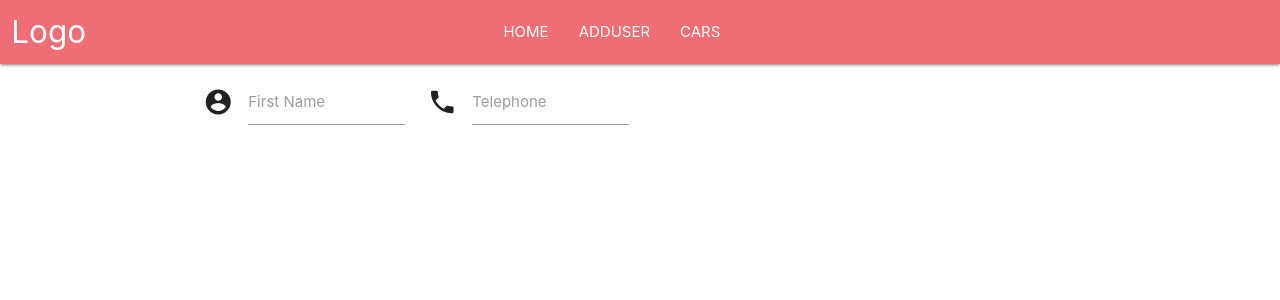
Repository: JenyaIII-sudo/Cars
Page: /Add
These files come from the project's save history. The page is drawn as it stood at one moment and after the next save; the edit follows.
The browser window is 1280 px wide. The pictures show the whole page.
The project was rebuilt for these pictures with package versions that can differ from the ones it lists, and the page was loaded fresh each time. Also part of the build but not shown: src/App.css, src/Components/Home.js. Imported but missing from the stored project, and not drawn on this page: src/Components/Cars.

Above is the page before, as saved 2019-11-24 15:32:43.

### public/index.html
<!DOCTYPE html>
<html lang="en">
  <head>
    <meta charset="utf-8" />
    <link rel="icon" href="%PUBLIC_URL%/favicon.ico" />
    <meta name="viewport" content="width=device-width, initial-scale=1" />
    <meta name="theme-color" content="#000000" />
    <meta
      name="description"
      content="Web site created using create-react-app"
    />
    <link rel="apple-touch-icon" href="logo192.png" />

    <link rel="manifest" href="%PUBLIC_URL%/manifest.json" />
    <link
      rel="stylesheet"
      href="https://cdnjs.cloudflare.com/ajax/libs/materialize/1.0.0/css/materialize.min.css"
    />
    <link
      href="https://fonts.googleapis.com/icon?family=Material+Icons"
      rel="stylesheet"
    />
    <title>React App</title>
  </head>
  <body>
    <noscript>You need to enable JavaScript to run this app.</noscript>
    <div id="root"></div>
    <script src="https://cdnjs.cloudflare.com/ajax/libs/materialize/1.0.0/js/materialize.min.js"></script>
  </body>
</html>

### src/App.js
import React from "react";
import "./App.css";
import NavBar from "./Components/NavBar";
import { BrowserRouter as Router, Route } from "react-router-dom";
import Cars from "./Components/Cars";
import Home from "./Components/Home";
import AddUser from "./Components/AddUser";

function App() {
  return (
    <Router>
      <div className="row container-fluid">
        <NavBar />
        <Route path="/Home" component={Home} />
        <Route path="/Add" component={AddUser} />
        <Route path="/Cars" component={Cars} />
      </div>
    </Router>
  );
}

export default App;

### src/Components/NavBar.js
import React from "react";
import { Link } from "react-router-dom";

const NavBar = () => {
  return (
    <nav>
      <div className="nav-wrapper col s7">
        <a href="#" className="brand-logo">
          Logo
        </a>
        <ul id="nav-mobile" className="right hide-on-med-and-down">
          <li>
            <Link to="/Home">HOME</Link>
          </li>
          <li>
            <Link to="/Add">ADDUSER</Link>
          </li>
          <li>
            <Link to="/Cars">CARS</Link>
          </li>
        </ul>
      </div>
    </nav>
  );
};

export default NavBar;

### src/Components/AddUser.js
import React from "react";

const AddUser = () => {
  return (
    <div className="container">
      <form className="col s6">
        <div className="row">
          <div className="input-field col s6">
            <i className="material-icons prefix">account_circle</i>
            <input id="icon_prefix" type="text" className="validate" />
            <label for="icon_prefix">First Name</label>
          </div>
          <div className="row input-field col s6">
            <i className="material-icons prefix">phone</i>
            <input id="icon_telephone" type="tel" className="validate" />
            <label for="icon_telephone">Telephone</label>
          </div>
        </div>
      </form>
    </div>
  );
};

export default AddUser;

Loaded but not shown: src/index.js (common file); src/index.css (common file)

After the next save:
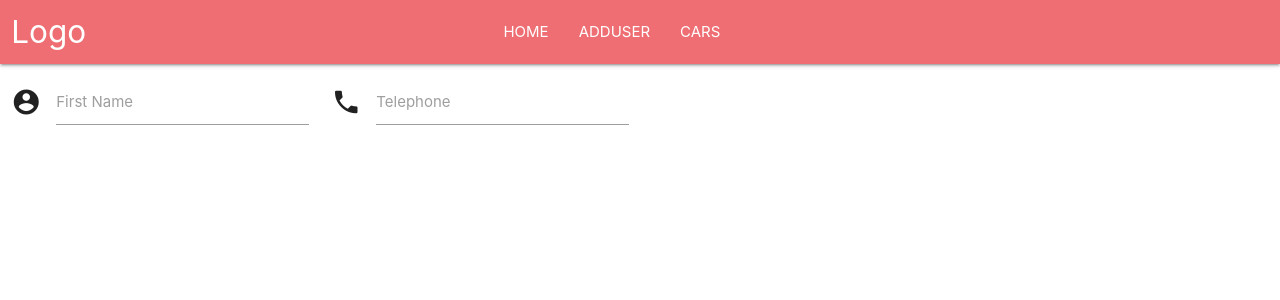
Saved 12 s later.
--- a/src/Components/AddUser.js
+++ b/src/Components/AddUser.js
@@ -2,7 +2,7 @@ import React from "react";
 
 const AddUser = () => {
   return (
-    <div className="container">
+    <div className="row">
       <form className="col s6">
         <div className="row">
           <div className="input-field col s6">
